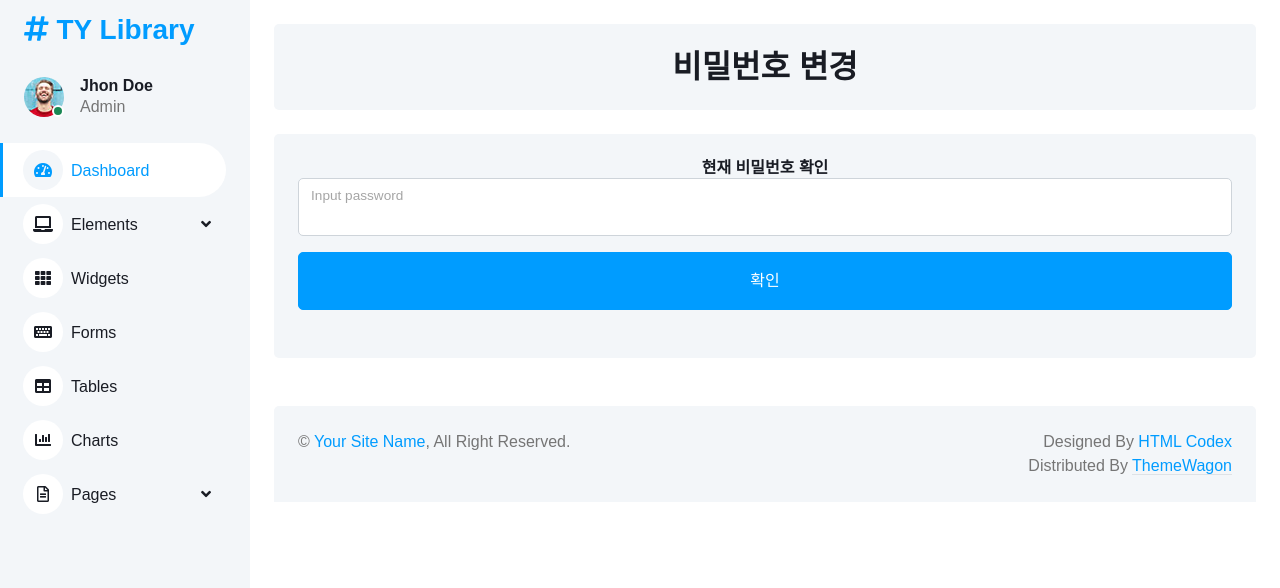
Repository: maryong2/myfirstgitproject
Page: http://localhost/library/WEB-INF/views/admin/user-passreset.jsp
These files come from the project's save history. The page is drawn as it stood at one moment and after the next save; the edit follows.
The browser window is 1280 px wide. The pictures show the whole page.
Some web fonts or font styles are not loaded; a fallback is used. Some web libraries are served in a nearby version. The page is served by Tomcat 9. Nobody is signed in. Other server files are loaded and not shown. The template is opened directly, without the code that normally fills it, so the values that code supplies are empty.

Above is the page before, as saved 2023-11-27 05:03:52.
Console error: TypeError: Cannot read properties of undefined (reading 'getContext')

### library/src/main/webapp/WEB-INF/views/admin/user-passreset.jsp
<%@ page language="java" contentType="text/html; charset=UTF-8"
	pageEncoding="UTF-8"%>
<%@ taglib prefix="c" uri="http://java.sun.com/jsp/jstl/core"%>
<!DOCTYPE html>
<html lang="en">

<head>
<meta charset="utf-8">
<title>DASHMIN - Bootstrap Admin Template</title>
<meta content="width=device-width, initial-scale=1.0" name="viewport">
<meta content="" name="keywords">
<meta content="" name="description">

<!-- Favicon -->
<link href="img/favicon.ico" rel="icon">

<!-- Google Web Fonts -->
<link rel="preconnect" href="https://fonts.googleapis.com">
<link rel="preconnect" href="https://fonts.gstatic.com" crossorigin>
<link
	href="https://fonts.googleapis.com/css2?family=Heebo:wght@400;500;600;700&display=swap"
	rel="stylesheet">

<!-- Icon Font Stylesheet -->
<link
	href="https://cdnjs.cloudflare.com/ajax/libs/font-awesome/5.10.0/css/all.min.css"
	rel="stylesheet">
<link
	href="https://cdn.jsdelivr.net/npm/bootstrap-icons@1.4.1/font/bootstrap-icons.css"
	rel="stylesheet">

<!-- Libraries Stylesheet -->
<link href="/lib/owlcarousel/assets/owl.carousel.min.css"
	rel="stylesheet">
<link href="/lib/tempusdominus/css/tempusdominus-bootstrap-4.min.css"
	rel="stylesheet" />

<!-- Customized Bootstrap Stylesheet -->
<link href="/css/bootstrap.min.css" rel="stylesheet">

<!-- Template Stylesheet -->
<link href="/css/style.css" rel="stylesheet">
</head>

<body>
	<div class="container-xxl position-relative bg-white d-flex p-0">
		<!-- Spinner Start -->
		<div id="spinner"
			class="show bg-white position-fixed translate-middle w-100 vh-100 top-50 start-50 d-flex align-items-center justify-content-center">
			<div class="spinner-border text-primary"
				style="width: 3rem; height: 3rem;" role="status">
				<span class="sr-only">Loading...</span>
			</div>
		</div>
		<!-- Spinner End -->


		<!-- Sidebar Start -->
		<div class="sidebar pe-4 pb-3">
			<nav class="navbar bg-light navbar-light">
				<a href="/tylibrary/admin" class="navbar-brand mx-4 mb-3">
					<h3 class="text-primary">
						<i class="fa fa-hashtag me-2"></i>TY Library
					</h3>
				</a>
				<div class="d-flex align-items-center ms-4 mb-4">
					<div class="position-relative">
						<img class="rounded-circle" src="/img/user.jpg" alt=""
							style="width: 40px; height: 40px;">
						<div
							class="bg-success rounded-circle border border-2 border-white position-absolute end-0 bottom-0 p-1"></div>
					</div>
					<div class="ms-3">
						<h6 class="mb-0">Jhon Doe</h6>
						<span>Admin</span>
					</div>
				</div>
				<div class="navbar-nav w-100">
					<a href="/tylibrary/admin" class="nav-item nav-link active"><i
						class="fa fa-tachometer-alt me-2"></i>Dashboard</a>
					<div class="nav-item dropdown">
						<a href="#" class="nav-link dropdown-toggle"
							data-bs-toggle="dropdown"><i class="fa fa-laptop me-2"></i>Elements</a>
						<div class="dropdown-menu bg-transparent border-0">
							<a href="button.html" class="dropdown-item">Buttons</a> <a
								href="typography.html" class="dropdown-item">Typography</a> <a
								href="element.html" class="dropdown-item">Other Elements</a>
						</div>
					</div>
					<a href="widget.html" class="nav-item nav-link"><i
						class="fa fa-th me-2"></i>Widgets</a> <a href="form.html"
						class="nav-item nav-link"><i class="fa fa-keyboard me-2"></i>Forms</a>
					<a href="table.html" class="nav-item nav-link"><i
						class="fa fa-table me-2"></i>Tables</a> <a href="chart.html"
						class="nav-item nav-link"><i class="fa fa-chart-bar me-2"></i>Charts</a>
					<div class="nav-item dropdown">
						<a href="#" class="nav-link dropdown-toggle"
							data-bs-toggle="dropdown"><i class="far fa-file-alt me-2"></i>Pages</a>
						<div class="dropdown-menu bg-transparent border-0">
							<a href="signin.html" class="dropdown-item">Sign In</a> <a
								href="signup.html" class="dropdown-item">Sign Up</a> <a
								href="404.html" class="dropdown-item">404 Error</a> <a
								href="blank.html" class="dropdown-item">Blank Page</a>
						</div>
					</div>
				</div>
			</nav>
		</div>
		<!-- Sidebar End -->


		<!-- Content Start -->
		<div class="content">
			<!-- Navbar Start -->
			<nav
				class="navbar navbar-expand bg-light navbar-light sticky-top px-4 py-0">
				<a href="/tylibrary/admin"
					class="navbar-brand d-flex d-lg-none me-4">
					<h2 class="text-primary mb-0">TY Library</h2>
				</a>
			</nav>
			<!-- Navbar End -->


			<!-- Sale & Revenue Start -->
			<div class="container-fluid pt-4 px-4">
				<div class="row g-4">
					<div class="col-sm-12 col-xl-12">
						<div class="bg-light rounded d-md-flex align-items-center p-4">
							<div style="margin: auto">
								<h2 class="mb-0 text-center"
									style="item-align: center !important;">비밀번호 변경</h2>
							</div>
						</div>
					</div>
				</div>
			</div>
			<!-- Sale & Revenue End -->


			<!-- Sales Chart Start -->
			<div class="container-fluid pt-4 px-4">
				<div class="row g-4">



					<!-- Sales Chart End -->
					<div class="col-12">
						<div class="bg-light text-center rounded p-4">
							<h6 class="mb-0">현재 비밀번호 확인</h6>
							<div class="table-responsive">
								<div class="form-floating mb-3">
									<input type="text" class="form-control" id="password" name="password">
									<label for="password">Input password</label><span
										id="result_checkID" style="font-size: 12px"></span>
								</div>
								<div class="form-floating mb-3" style="display:none">
									<input type="text" class="form-control" id="e_id" name="e_id">
									<label for="e_id">Input password</label><span
										id="result_checkID" style="font-size: 12px"></span>
								</div>
								<button type="submit" class="btn btn-primary py-3 w-100 mb-4"
									id="pass-check">확인</button>
							</div>
						</div>
					</div>


					<div class="col-sm-12 col-xl-12" id="stock-finish">

					</div>
				</div>
			</div>
			<!-- Footer Start -->

			<div class="container-fluid pt-4 px-4">
				<div class="bg-light rounded-top p-4">
					<div class="row">
						<div class="col-12 col-sm-6 text-center text-sm-start">
							&copy; <a href="#">Your Site Name</a>, All Right Reserved.
						</div>
						<div class="col-12 col-sm-6 text-center text-sm-end">
							<!--/*** This template is free as long as you keep the footer author’s credit link/attribution link/backlink. If you'd like to use the template without the footer author’s credit link/attribution link/backlink, you can purchase the Credit Removal License from "https://htmlcodex.com/credit-removal". Thank you for your support. ***/-->
							Designed By <a href="https://htmlcodex.com">HTML Codex</a> </br>
							Distributed By <a class="border-bottom"
								href="https://themewagon.com" target="_blank">ThemeWagon</a>
						</div>
					</div>
				</div>
			</div>
			<!-- Footer End -->
		</div>
		<!-- Content End -->


		<!-- Back to Top -->
	</div>
	<script type="text/javascript">

	</script>

	<!-- JavaScript Libraries -->
	<script src="https://code.jquery.com/jquery-3.4.1.min.js"></script>
	<script
		src="https://cdn.jsdelivr.net/npm/bootstrap@5.0.0/dist/js/bootstrap.bundle.min.js"></script>
	<script src="/lib/chart/chart.min.js"></script>
	<script src="/lib/easing/easing.min.js"></script>
	<script src="/lib/waypoints/waypoints.min.js"></script>
	<script src="/lib/owlcarousel/owl.carousel.min.js"></script>
	<script src="/lib/tempusdominus/js/moment.min.js"></script>
	<script src="/lib/tempusdominus/js/moment-timezone.min.js"></script>
	<script src="/lib/tempusdominus/js/tempusdominus-bootstrap-4.min.js"></script>

	<!-- Template Javascript -->
	<script src="/js/main.js"></script>
</body>

</html>

### library/src/main/resources/static/css/style.css
/********** Template CSS **********/
:root {
    --primary: #009CFF;
    --light: #F3F6F9;
    --dark: #191C24;
}

.back-to-top {
    position: fixed;
    display: none;
    right: 45px;
    bottom: 45px;
    z-index: 99;
}


/*** Spinner ***/
#spinner {
    opacity: 0;
    visibility: hidden;
    transition: opacity .5s ease-out, visibility 0s linear .5s;
    z-index: 99999;
}

#spinner.show {
    transition: opacity .5s ease-out, visibility 0s linear 0s;
    visibility: visible;
    opacity: 1;
}


/*** Button ***/
.btn {
    transition: .5s;
}

.btn.btn-primary {
    color: #FFFFFF;
}

.btn-square {
    width: 38px;
    height: 38px;
}

.btn-sm-square {
    width: 32px;
    height: 32px;
}

.btn-lg-square {
    width: 48px;
    height: 48px;
}

.btn-square,
.btn-sm-square,
.btn-lg-square {
    padding: 0;
    display: inline-flex;
    align-items: center;
    justify-content: center;
    font-weight: normal;
    border-radius: 50px;
}


/*** Layout ***/
.sidebar {
    position: fixed;
    top: 0;
    left: 0;
    bottom: 0;
    width: 250px;
    height: 100vh;
    overflow-y: auto;
    background: var(--light);
    transition: 0.5s;
    z-index: 999;
}

.content {
    margin-left: 250px;
    min-height: 100vh;
    background: #FFFFFF;
    transition: 0.5s;
}

@media (min-width: 992px) {
    .sidebar {
        margin-left: 0;
    }

    .sidebar.open {
        margin-left: -250px;
    }

    .content {
        width: calc(100% - 250px);
    }

    .content.open {
        width: 100%;
        margin-left: 0;
    }
}

@media (max-width: 991.98px) {
    .sidebar {
        margin-left: -250px;
    }

    .sidebar.open {
        margin-left: 0;
    }

    .content {
        width: 100%;
        margin-left: 0;
    }
}


/*** Navbar ***/
.sidebar .navbar .navbar-nav .nav-link {
    padding: 7px 20px;
    color: var(--dark);
    font-weight: 500;
    border-left: 3px solid var(--light);
    border-radius: 0 30px 30px 0;
    outline: none;
}

.sidebar .navbar .navbar-nav .nav-link:hover,
.sidebar .navbar .navbar-nav .nav-link.active {
    color: var(--primary);
    background: #FFFFFF;
    border-color: var(--primary);
}

.sidebar .navbar .navbar-nav .nav-link i {
    width: 40px;
    height: 40px;
    display: inline-flex;
    align-items: center;
    justify-content: center;
    background: #FFFFFF;
    border-radius: 40px;
}

.sidebar .navbar .navbar-nav .nav-link:hover i,
.sidebar .navbar .navbar-nav .nav-link.active i {
    background: var(--light);
}

.sidebar .navbar .dropdown-toggle::after {
    position: absolute;
    top: 15px;
    right: 15px;
    border: none;
    content: "\f107";
    font-family: "Font Awesome 5 Free";
    font-weight: 900;
    transition: .5s;
}

.sidebar .navbar .dropdown-toggle[aria-expanded=true]::after {
    transform: rotate(-180deg);
}

.sidebar .navbar .dropdown-item {
    padding-left: 25px;
    border-radius: 0 30px 30px 0;
}

.content .navbar .navbar-nav .nav-link {
    margin-left: 25px;
    padding: 12px 0;
    color: var(--dark);
    outline: none;
}

.content .navbar .navbar-nav .nav-link:hover,
.content .navbar .navbar-nav .nav-link.active {
    color: var(--primary);
}

.content .navbar .sidebar-toggler,
.content .navbar .navbar-nav .nav-link i {
    width: 40px;
    height: 40px;
    display: inline-flex;
    align-items: center;
    justify-content: center;
    background: #FFFFFF;
    border-radius: 40px;
}

.content .navbar .dropdown-toggle::after {
    margin-left: 6px;
    vertical-align: middle;
    border: none;
    content: "\f107";
    font-family: "Font Awesome 5 Free";
    font-weight: 900;
    transition: .5s;
}

.content .navbar .dropdown-toggle[aria-expanded=true]::after {
    transform: rotate(-180deg);
}

@media (max-width: 575.98px) {
    .content .navbar .navbar-nav .nav-link {
        margin-left: 15px;
    }
}


/*** Date Picker ***/
.bootstrap-datetimepicker-widget.bottom {
    top: auto !important;
}

.bootstrap-datetimepicker-widget .table * {
    border-bottom-width: 0px;
}

.bootstrap-datetimepicker-widget .table th {
    font-weight: 500;
}

.bootstrap-datetimepicker-widget.dropdown-menu {
    padding: 10px;
    border-radius: 2px;
}

.bootstrap-datetimepicker-widget table td.active,
.bootstrap-datetimepicker-widget table td.active:hover {
    background: var(--primary);
}

.bootstrap-datetimepicker-widget table td.today::before {
    border-bottom-color: var(--primary);
}


/*** Testimonial ***/
.progress .progress-bar {
    width: 0px;
    transition: 2s;
}


/*** Testimonial ***/
.testimonial-carousel .owl-dots {
    margin-top: 24px;
    display: flex;
    align-items: flex-end;
    justify-content: center;
}

.testimonial-carousel .owl-dot {
    position: relative;
    display: inline-block;
    margin: 0 5px;
    width: 15px;
    height: 15px;
    border: 5px solid var(--primary);
    border-radius: 15px;
    transition: .5s;
}

.testimonial-carousel .owl-dot.active {
    background: var(--dark);
    border-color: var(--primary);
}

### library/src/main/resources/static/js/main.js
(function ($) {
    "use strict";

    // Spinner
    var spinner = function () {
        setTimeout(function () {
            if ($('#spinner').length > 0) {
                $('#spinner').removeClass('show');
            }
        }, 1);
    };
    spinner();


    // Back to top button
    $(window).scroll(function () {
        if ($(this).scrollTop() > 300) {
            $('.back-to-top').fadeIn('slow');
        } else {
            $('.back-to-top').fadeOut('slow');
        }
    });
    $('.back-to-top').click(function () {
        $('html, body').animate({scrollTop: 0}, 1500, 'easeInOutExpo');
        return false;
    });


    // Sidebar Toggler
    $('.sidebar-toggler').click(function () {
        $('.sidebar, .content').toggleClass("open");
        return false;
    });


    // Progress Bar
    $('.pg-bar').waypoint(function () {
        $('.progress .progress-bar').each(function () {
            $(this).css("width", $(this).attr("aria-valuenow") + '%');
        });
    }, {offset: '80%'});


	function getWeekendDates(startDate, endDate) {
		var weekendDates = [];

		while (startDate <= endDate) {
			if (startDate.getDay() === 0 || startDate.getDay() === 6) {
				// 주말인 경우 날짜를 원하는 형식(예: 'YYYY/MM/DD')으로 포맷팅
				var formattedDate = startDate.getFullYear() + '/' + (startDate.getMonth() + 1) + '/' + startDate.getDate();
				weekendDates.push(formattedDate);
			}
			startDate.setDate(startDate.getDate() + 1);
		}

		return weekendDates;
	}

	function convertDay(toDay, weeks) {
		let after = new Date(toDay.getTime() + 7 * weeks * 24 * 60 * 60 * 1000);
		let year = after.getFullYear();
		let month = after.getMonth() + 1;
		let day = after.getDate();
		let ret = year + "/" + (month < 10 ? "0" : "") + month + "/" + day;
		return ret;
	}





	let toDay = new Date();
	let minday = convertDay(toDay, 2)
	var maxday = convertDay(toDay, 4);
	var weekendDatesArray = getWeekendDates(toDay, new Date(toDay.getTime() + 7 * 4 * 24 * 60 * 60 * 1000));
    // Calender
    $('#calender').datetimepicker({
        inline: true,
		format: 'Y-m-d',
		minDate: minday,
		defaultDate: minday,
		maxDate: maxday,
		locale: moment.locale("ko"),
		disabledDates: weekendDatesArray,
    });


    // Testimonials carousel
    $(".testimonial-carousel").owlCarousel({
        autoplay: true,
        smartSpeed: 1000,
        items: 1,
        dots: true,
        loop: true,
        nav : false
    });


    // Worldwide Sales Chart
    var ctx1 = $("#worldwide-sales").get(0).getContext("2d");
    var myChart1 = new Chart(ctx1, {
        type: "bar",
        data: {
            labels: ["2016", "2017", "2018", "2019", "2020", "2021", "2022"],
            datasets: [{
                    label: "USA",
                    data: [15, 30, 55, 65, 60, 80, 95],
                    backgroundColor: "rgba(0, 156, 255, .7)"
                },
                {
                    label: "UK",
                    data: [8, 35, 40, 60, 70, 55, 75],
                    backgroundColor: "rgba(0, 156, 255, .5)"
                },
                {
                    label: "AU",
                    data: [12, 25, 45, 55, 65, 70, 60],
                    backgroundColor: "rgba(0, 156, 255, .3)"
                }
            ]
            },
        options: {
            responsive: true
        }
    });


    // Salse & Revenue Chart
    var ctx2 = $("#salse-revenue").get(0).getContext("2d");
    var myChart2 = new Chart(ctx2, {
        type: "line",
        data: {
            labels: ["2016", "2017", "2018", "2019", "2020", "2021", "2022"],
            datasets: [{
                    label: "Salse",
                    data: [15, 30, 55, 45, 70, 65, 85],
                    backgroundColor: "rgba(0, 156, 255, .5)",
                    fill: true
                },
                {
                    label: "Revenue",
                    data: [99, 135, 170, 130, 190, 180, 270],
                    backgroundColor: "rgba(0, 156, 255, .3)",
                    fill: true
                }
            ]
            },
        options: {
            responsive: true
        }
    });



    // Single Line Chart
    var ctx3 = $("#line-chart").get(0).getContext("2d");
    var myChart3 = new Chart(ctx3, {
        type: "line",
        data: {
            labels: [50, 60, 70, 80, 90, 100, 110, 120, 130, 140, 150],
            datasets: [{
                label: "Salse",
                fill: false,
                backgroundColor: "rgba(0, 156, 255, .3)",
                data: [7, 8, 8, 9, 9, 9, 10, 11, 14, 14, 15]
            }]
        },
        options: {
            responsive: true
        }
    });


    // Single Bar Chart
    var ctx4 = $("#bar-chart").get(0).getContext("2d");
    var myChart4 = new Chart(ctx4, {
        type: "bar",
        data: {
            labels: ["Italy", "France", "Spain", "USA", "Argentina"],
            datasets: [{
                backgroundColor: [
                    "rgba(0, 156, 255, .7)",
                    "rgba(0, 156, 255, .6)",
                    "rgba(0, 156, 255, .5)",
                    "rgba(0, 156, 255, .4)",
                    "rgba(0, 156, 255, .3)"
                ],
                data: [55, 49, 44, 24, 15]
            }]
        },
        options: {
            responsive: true
        }
    });


    // Pie Chart
    var ctx5 = $("#pie-chart").get(0).getContext("2d");
    var myChart5 = new Chart(ctx5, {
        type: "pie",
        data: {
            labels: ["Italy", "France", "Spain", "USA", "Argentina"],
            datasets: [{
                backgroundColor: [
                    "rgba(0, 156, 255, .7)",
                    "rgba(0, 156, 255, .6)",
                    "rgba(0, 156, 255, .5)",
                    "rgba(0, 156, 255, .4)",
                    "rgba(0, 156, 255, .3)"
                ],
                data: [55, 49, 44, 24, 15]
            }]
        },
        options: {
            responsive: true
        }
    });


    // Doughnut Chart
    var ctx6 = $("#doughnut-chart").get(0).getContext("2d");
    var myChart6 = new Chart(ctx6, {
        type: "doughnut",
        data: {
            labels: ["Italy", "France", "Spain", "USA", "Argentina"],
            datasets: [{
                backgroundColor: [
                    "rgba(0, 156, 255, .7)",
                    "rgba(0, 156, 255, .6)",
                    "rgba(0, 156, 255, .5)",
                    "rgba(0, 156, 255, .4)",
                    "rgba(0, 156, 255, .3)"
                ],
                data: [55, 49, 44, 24, 15]
            }]
        },
        options: {
            responsive: true
        }
    });


})(jQuery);

Loaded but not shown: library/src/main/resources/static/lib/owlcarousel/assets/owl.carousel.min.css (common file); library/src/main/resources/static/lib/tempusdominus/css/tempusdominus-bootstrap-4.min.css (library); library/src/main/resources/static/css/bootstrap.min.css (library); library/src/main/resources/static/lib/chart/chart.min.js (library); library/src/main/resources/static/lib/easing/easing.min.js (common file); library/src/main/resources/static/lib/waypoints/waypoints.min.js (library); library/src/main/resources/static/lib/owlcarousel/owl.carousel.min.js (library); library/src/main/resources/static/lib/tempusdominus/js/moment.min.js (library); library/src/main/resources/static/lib/tempusdominus/js/moment-timezone.min.js (library); library/src/main/resources/static/lib/tempusdominus/js/tempusdominus-bootstrap-4.min.js (library)

After the next save:
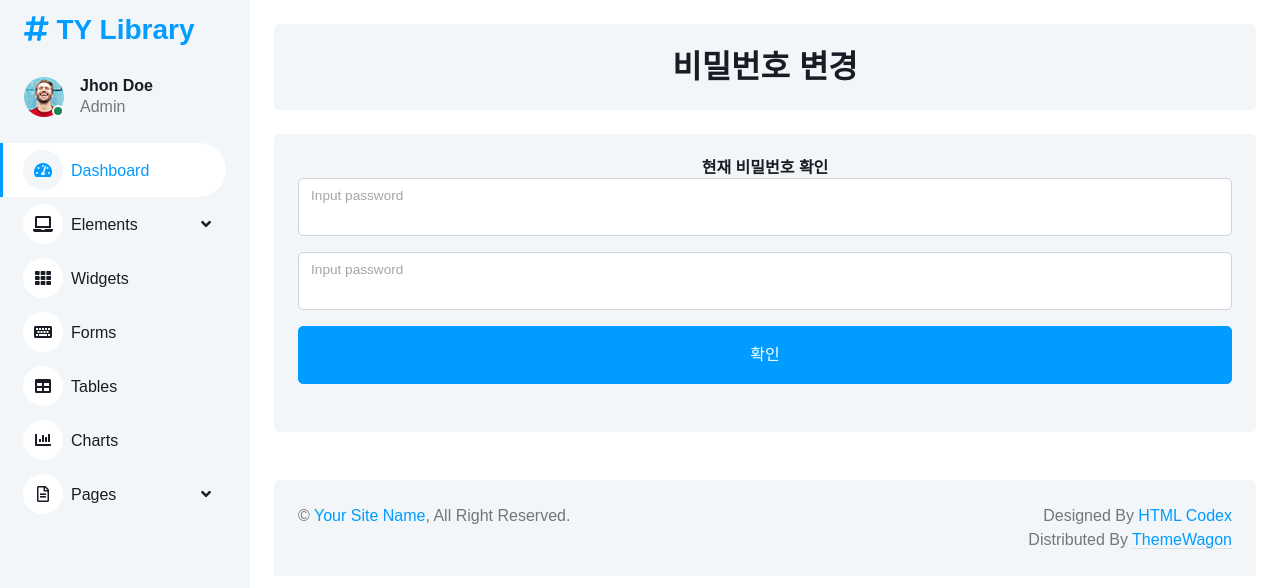
Saved 31 s later.
--- a/library/src/main/webapp/WEB-INF/views/admin/user-passreset.jsp
+++ b/library/src/main/webapp/WEB-INF/views/admin/user-passreset.jsp
@@ -154,7 +154,7 @@
 									<label for="password">Input password</label><span
 										id="result_checkID" style="font-size: 12px"></span>
 								</div>
-								<div class="form-floating mb-3" style="display:none">
+								<div class="form-floating mb-3" >
 									<input type="text" class="form-control" id="e_id" name="e_id">
 									<label for="e_id">Input password</label><span
 										id="result_checkID" style="font-size: 12px"></span>

After the save that followed:
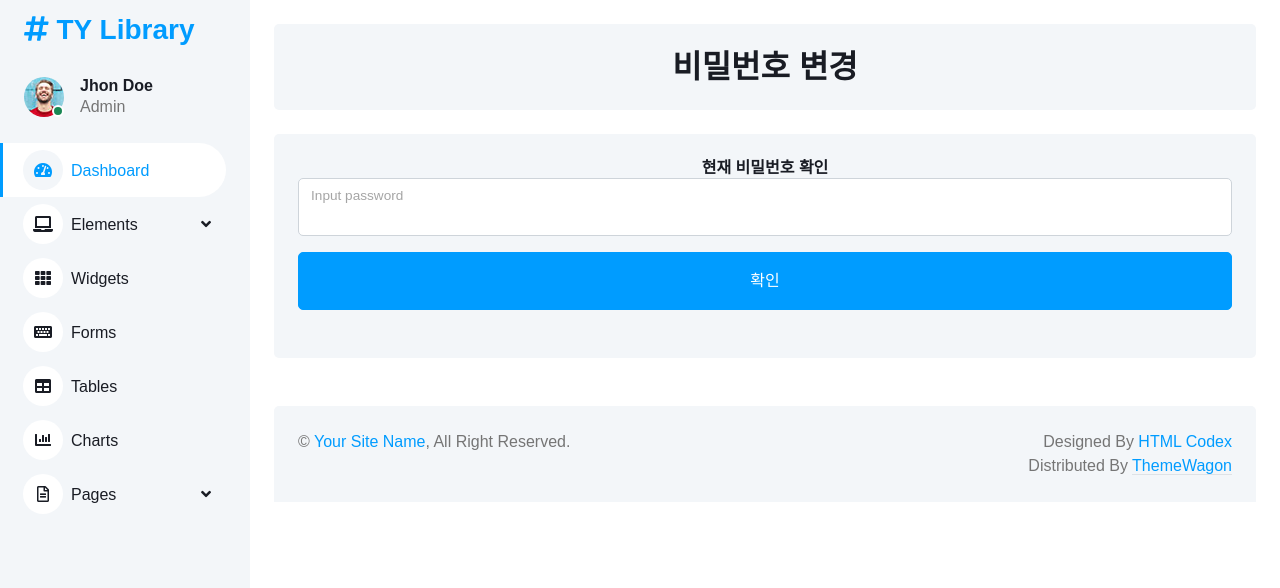
Saved 12 s later.
--- a/library/src/main/webapp/WEB-INF/views/admin/user-passreset.jsp
+++ b/library/src/main/webapp/WEB-INF/views/admin/user-passreset.jsp
@@ -154,7 +154,7 @@
 									<label for="password">Input password</label><span
 										id="result_checkID" style="font-size: 12px"></span>
 								</div>
-								<div class="form-floating mb-3" >
+								<div class="form-floating mb-3" style="display:none">
 									<input type="text" class="form-control" id="e_id" name="e_id">
 									<label for="e_id">Input password</label><span
 										id="result_checkID" style="font-size: 12px"></span>
